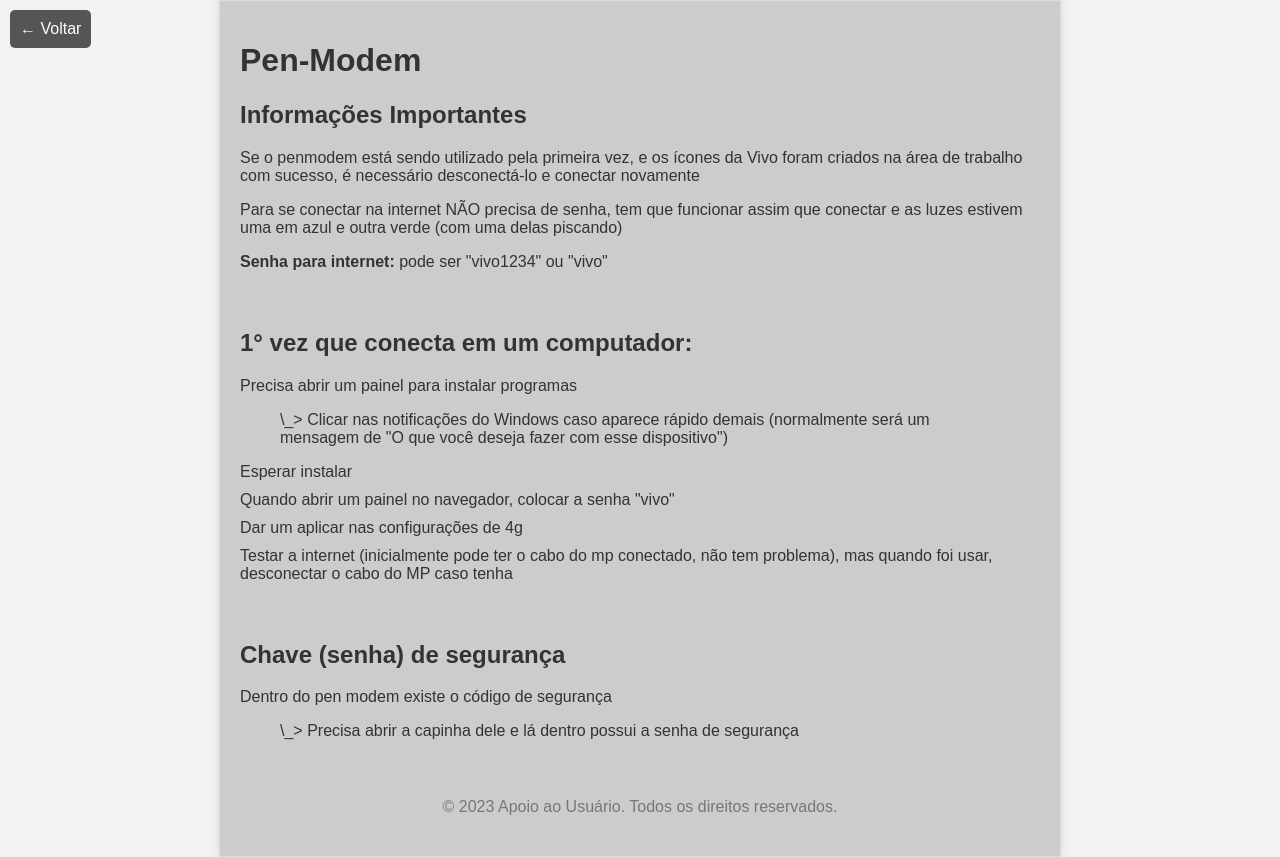
Repository: I4guito/dicasdez
Page: Dicas site/Dicas/penmodem.html
The author's editor kept a copy of each file at every save. The page is drawn from the files as they stood at one save, then again after a run of saves.
The browser window is 1280 px wide. The pictures show the whole page.

Above is the page before, as saved 2023-11-29 10:28:13.

After the next 2 saves:
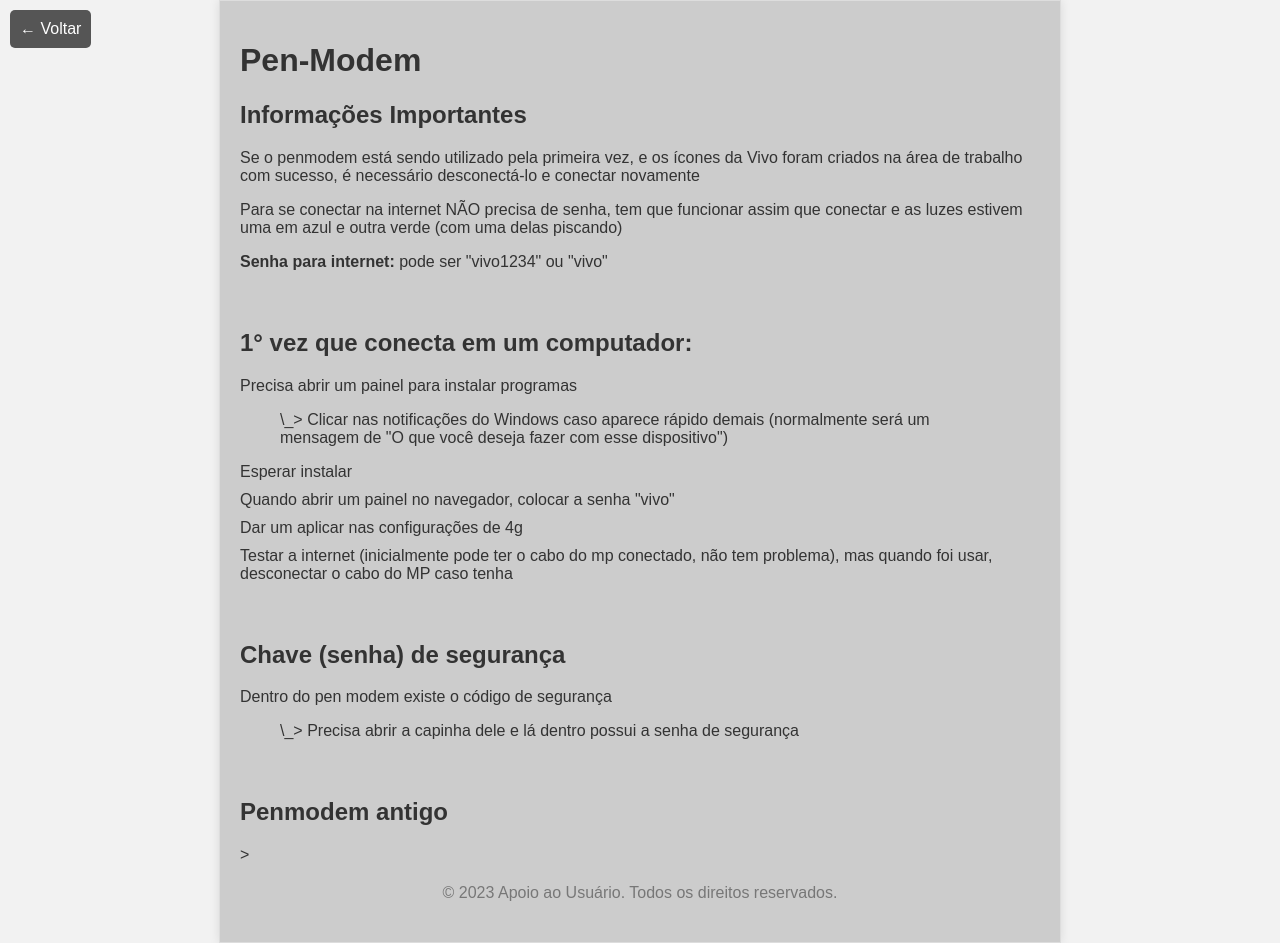
The 2 saves are shown as one change because they came seconds apart.
The last was saved 9 s later.
--- a/Dicas site/Dicas/penmodem.html
+++ b/Dicas site/Dicas/penmodem.html
@@ -47,10 +47,8 @@
     </section><br>
 
     <section>
-        <h2></h2>
-        <ul>
-
-        </ul>
+        <h2>Penmodem antigo</h2>
+        <p></p>>
     </section>
 
 
